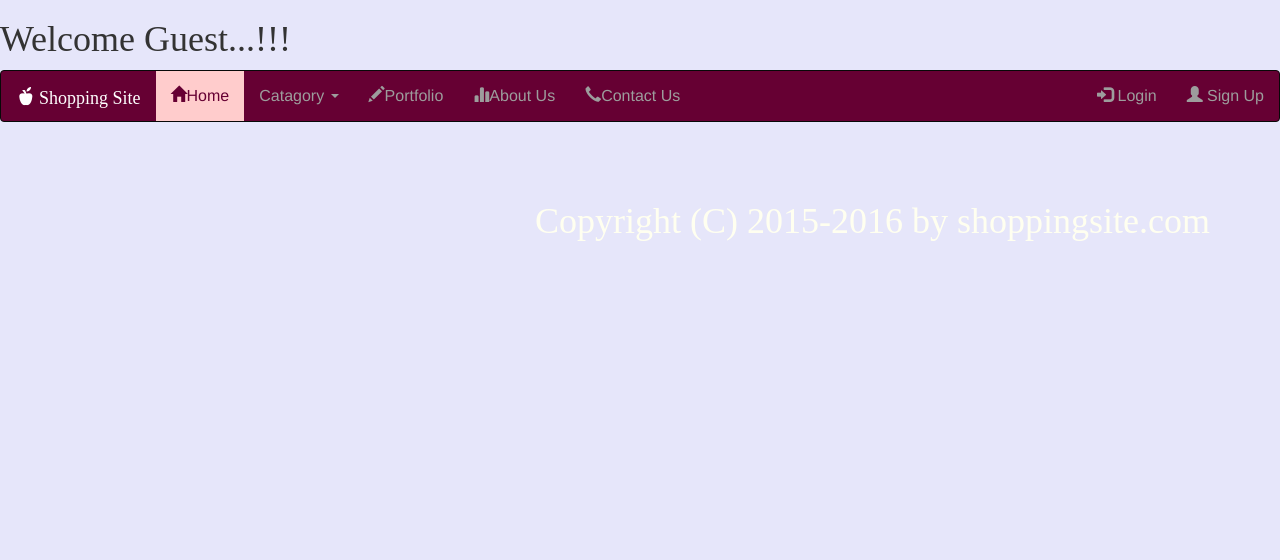
Repository: priyasuthakar/priya
Page: http://localhost/Apple/WEB-INF/views/productinfo.jsp
An editor plug-in stored every save of this project. The page is shown before and after the next save, followed by the edit.
The browser window is 1280 px wide. The pictures show the whole page.
Some web libraries are served in a nearby version. The page is served by Tomcat 9. Nobody is signed in. Other server files are loaded and not shown. The template is opened directly, without the code that normally fills it, so the values that code supplies are empty.

Above is the page before, as saved 2016-08-25 18:26:08.

### Apple/src/main/webapp/WEB-INF/views/productinfo.jsp
<%@ page language="java" contentType="text/html; charset=ISO-8859-1"
	pageEncoding="ISO-8859-1"%>
<%@ taglib uri="http://java.sun.com/jsp/jstl/core" prefix="c"%>
<%@ taglib uri="http://www.springframework.org/tags" prefix="spring"%>
<%@ taglib uri="http://www.springframework.org/tags/form" prefix="form"%>

<%@page isELIgnored="false"%>
<%@include file="/WEB-INF/views/Header.jsp"%>

<!DOCTYPE html PUBLIC "-//W3C//DTD HTML 4.01 Transitional//EN" "http://www.w3.org/TR/html4/loose.dtd">
<html>
<head>
<meta http-equiv="Content-Type" content="text/html; charset=ISO-8859-1">
<meta name="viewport" content="width=device-width, initial-scale=1">
<title>My Shopping</title>
<!-- Latest compiled and minified CSS -->
<link rel="stylesheet"
	href="http://maxcdn.bootstrapcdn.com/bootstrap/3.3.6/css/bootstrap.min.css">

<!-- jQuery library -->
<script
	src="https://ajax.googleapis.com/ajax/libs/jquery/1.12.4/jquery.min.js"></script>

<!--Angularjs library -->
<script
	src="https://ajax.googleapis.com/ajax/libs/angularjs/1.5.7/angular.min.js"></script>

<!-- Latest compiled JavaScript -->
<script
	src="http://maxcdn.bootstrapcdn.com/bootstrap/3.3.6/js/bootstrap.min.js"></script>
<style>
.navbar {
	background-color: #660033;
	font-size: 16px !important;
}

.navbar .navbar-brand {
	color: #FFFFFF !important;
}

.navbar .li a {
	color: #FFF !important;
}

.navbar-nav li a:hover, .navbar-nav li.active a {
	color: #660033 !important;
	background-color: #FFCCCC !important;
}

.navbar-default .navbar-toggle {
	border-color: transparent;
	color: #FFCCCC !important;
}

footer .glyphicon {
	font-size: 24px;
	margin-bottom: 20px;
	color: #660033;
}

table {
	border-collapse: collapse;
}

table, tr, th, td {
	border: 2px solid black;
}

table {
	padding-left: 50%
}
</style>
</head>
<body id="myPage" data-spy="scroll" data-target=".navbar"
	data-offset="60" style="background-color: #E6E6FA">
	<div class="container">
		<c:forEach items="${productinfo}" var="product">
			<div class="col-sm-6">
			<br>
			<br>
			<br>
				<div class="item">
					<img src="resource/images/${product.id}.jpg" width=300; height=300;
						class="img-responsive">
				</div>
			</div>
			<div class="col-sm-6">
			<br>
			<br>
				<br> <br> <b>PROID:</b> ${product.id}
				<br> <br> <b>NAME:</b> ${product.name}
				<br> <br> <b>COLOR:</b> ${product.color}
				<br> <br> <b>PRICE: Rs.</b> ${product.price}
				<br> <br><button type="#" class="btn btn-primary">BUY NOW</button>
				<button type="#" class="btn btn-primary">ADD TO CART</button>
			</div>
		</c:forEach>
		<br> <br>
		<%@include file="Footer.jsp"%>
</body>
</html>

### Apple/src/main/webapp/WEB-INF/views/Header.jsp
<%@ page language="java" contentType="text/html; charset=ISO-8859-1"
	pageEncoding="ISO-8859-1"%>
<%@ taglib uri="http://java.sun.com/jsp/jstl/core" prefix="c"%>
<!DOCTYPE html PUBLIC "-//W3C//DTD HTML 4.01 Transitional//EN" "http://www.w3.org/TR/html4/loose.dtd">
<html>
<head>
<meta http-equiv="Content-Type" content="text/html; charset=ISO-8859-1">
</head>
<body>
	<c:choose>
		<c:when test="${empty loggedInUser}">
			<font face="Harlow Solid Italic"><h1>Welcome Guest...!!!</h1></font>
		</c:when>
		<c:when test="${not empty loggedInUser}">
			<font face="Harlow Solid Italic"><h1>${loggedInUser}</h1></font>
		</c:when>
	</c:choose>
	<div class="responsive">
		<nav class="navbar navbar-inverse">
		<div class="container-fluid">
			<div class="navbar-header">
				<a class="navbar-brand"> <span class="glyphicon glyphicon-apple"></span>
					<font face="Script MT Bold"> Shopping Site </font>
				</a>
			</div>
			<ul class="nav navbar-nav">
				<li class="active"><a href="Home"><span
						class="glyphicon glyphicon-home"></span>Home</a></li>
				<li class="dropdown"><a class="dropdown-toggle"
					data-toggle="dropdown" href="#"> Catagory <span class="caret"></span></a>
					<ul class="dropdown-menu">
						<li><a href="product1?catname=Desktop">Desktop</a></li>
						<li><a href="product1?catname=Laptop">Laptop</a></li>
						<li><a href="product1?catname=Iphone">Iphone</a></li>
						<li><a href="product1?catname=Ipad">Ipad</a></li>
						<li><a href="product1?catname=Ipod">Ipod</a></li>
						<li><a href="product1?catname=Accessories">Accessories</a></li>
					</ul></li>
				<li><a href="portfolio"><span
						class="glyphicon glyphicon-pencil"></span>Portfolio</a></li>
				<li><a href="about"><span class="glyphicon glyphicon-stats"></span>About
						Us</a></li>
				<li><a href="contactus"><span
						class="glyphicon glyphicon-earphone"></span>Contact Us</a></li>
			</ul>
			<ul class="nav navbar-nav navbar-right">
					<c:choose>
					<c:when test="${empty loggedInUser}">
						<li><a href="login"><span
								class="glyphicon glyphicon-log-in"></span> Login</a></li>
						<li><a href="reg"><span class="glyphicon glyphicon-user"></span>
								Sign Up</a></li>
					</c:when>
					<c:when test="${not empty loggedInUser}">
					<li><a href="viewcart"><span
							class="glyphicon glyphicon-shopping-cart"></span>Cart</a></li>
						<li><a href="logout"><span
								class="glyphicon glyphicon-user"></span> Logout</a></li>
					</c:when>
				</c:choose>
			</ul>
		</div>
		</nav>
	</div>
</body>
</html>

### Apple/src/main/webapp/WEB-INF/views/Footer.jsp
<%@ page language="java" contentType="text/html; charset=ISO-8859-1"
    pageEncoding="ISO-8859-1"%>
<!DOCTYPE html PUBLIC "-//W3C//DTD HTML 4.01 Transitional//EN" "http://www.w3.org/TR/html4/loose.dtd">
<html>
<head>
<meta http-equiv="Content-Type" content="text/html; charset=ISO-8859-1">
<title>footer</title>
</head>
<body>
<nav>
<ul class="nav navbar-nav navbar-right">
<footer class="container-fluid bg-4 text-center">
  <font face="Harlow Solid Italic" color="#FFFFF"><h1>Copyright (C) 2015-2016 by shoppingsite.com </h1></font>
</footer>
</ul>
</nav>
</body>
</html>

After the next save:
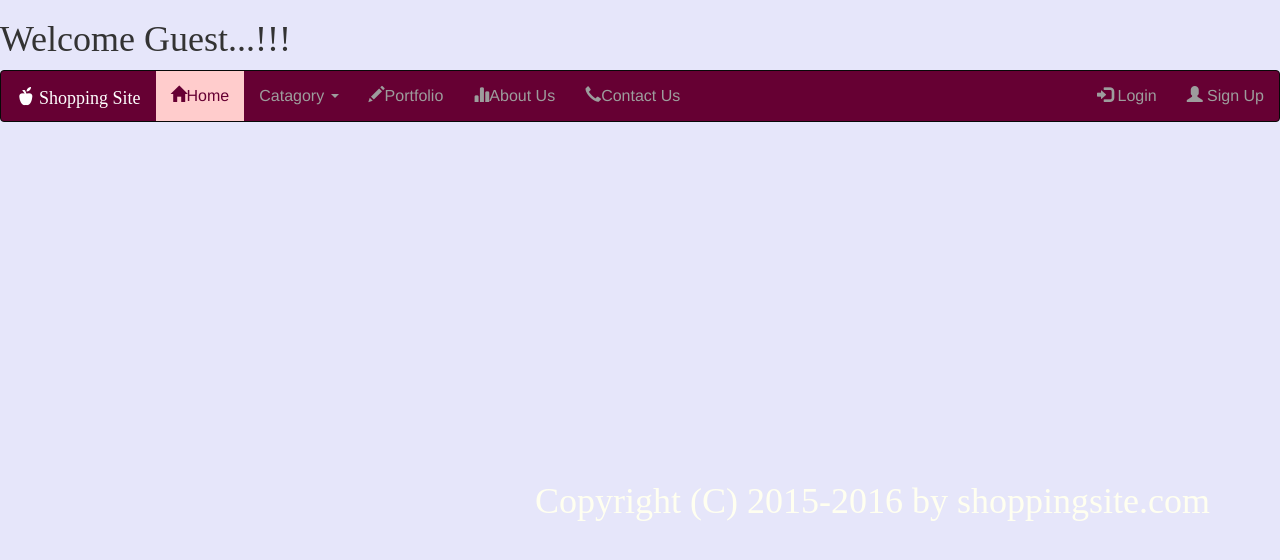
Saved 27 s later.
--- a/Apple/src/main/webapp/WEB-INF/views/productinfo.jsp
+++ b/Apple/src/main/webapp/WEB-INF/views/productinfo.jsp
@@ -95,7 +95,22 @@ table {
 				<button type="#" class="btn btn-primary">ADD TO CART</button>
 			</div>
 		</c:forEach>
-		<br> <br>
+		<br>
+		<br>
+			<br>
+		<br>
+		<br>
+		<br>
+		<br>
+		<br>
+		<br>
+		<br>
+		<br>
+		<br>
+		<br>
+		<br>
+		<br>
+		<br>
 		<%@include file="Footer.jsp"%>
 </body>
 </html>
